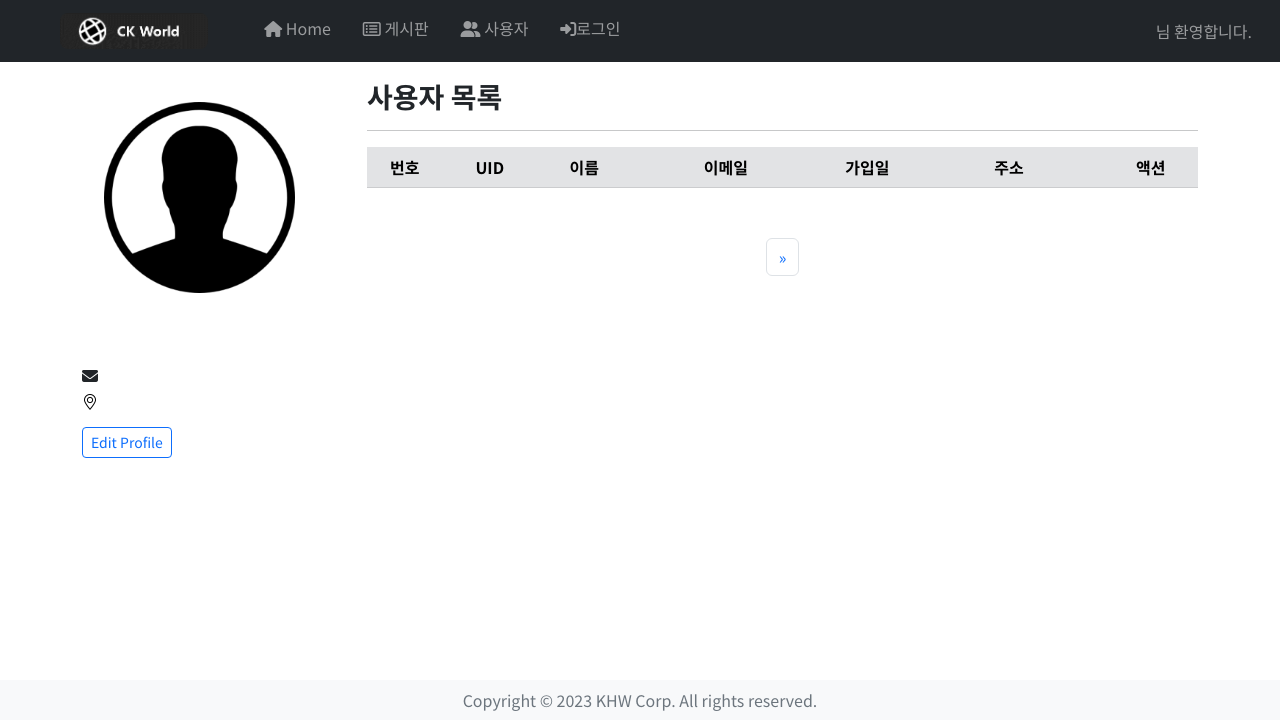
Repository: ssmpet/Spring-BBS-2023.07
Page: http://localhost/sbbs/WEB-INF/view/user/list.jsp
These files come from the project's save history. The page is drawn as it stood at one moment and after the next save; the edit follows.
The browser window is 1280 px wide. The pictures show the whole page.
Some web fonts or font styles are not loaded; a fallback is used. Some web libraries are served in a nearby version. The page is served by Tomcat 9. Nobody is signed in. The template is opened directly, without the code that normally fills it, so the values that code supplies are empty.

Above is the page before, as saved 2023-07-26 02:18:23.

After the next save:
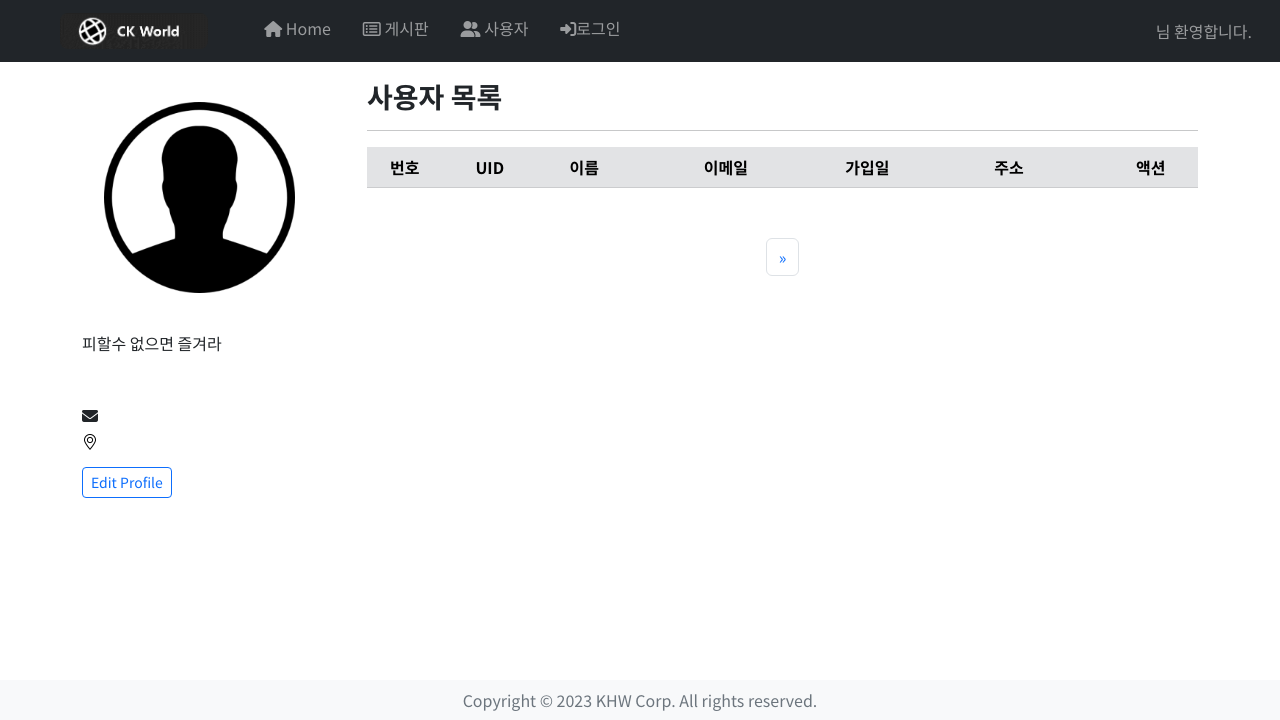
Saved 6 s later.
--- a/sbbs/src/main/webapp/WEB-INF/view/common/aside.jspf
+++ b/sbbs/src/main/webapp/WEB-INF/view/common/aside.jspf
@@ -10,7 +10,7 @@
     <img src="/sbbs/file/profile?file=${profile}" class="rounded-circle" alt="사용자 프로필" width="90%">
 </c:if>
 
-    <%--p class="mt-3">피할수 없으면 즐겨라</p--%>
+    <p class="mt-3">피할수 없으면 즐겨라</p>
     <%--div class="mt-3">
     	<span id="stateMsg">${stateMsg}</span>
     	<a href="#" id="stateMsgBtn"><span class="badge bg-secondary">수정</span></a>
